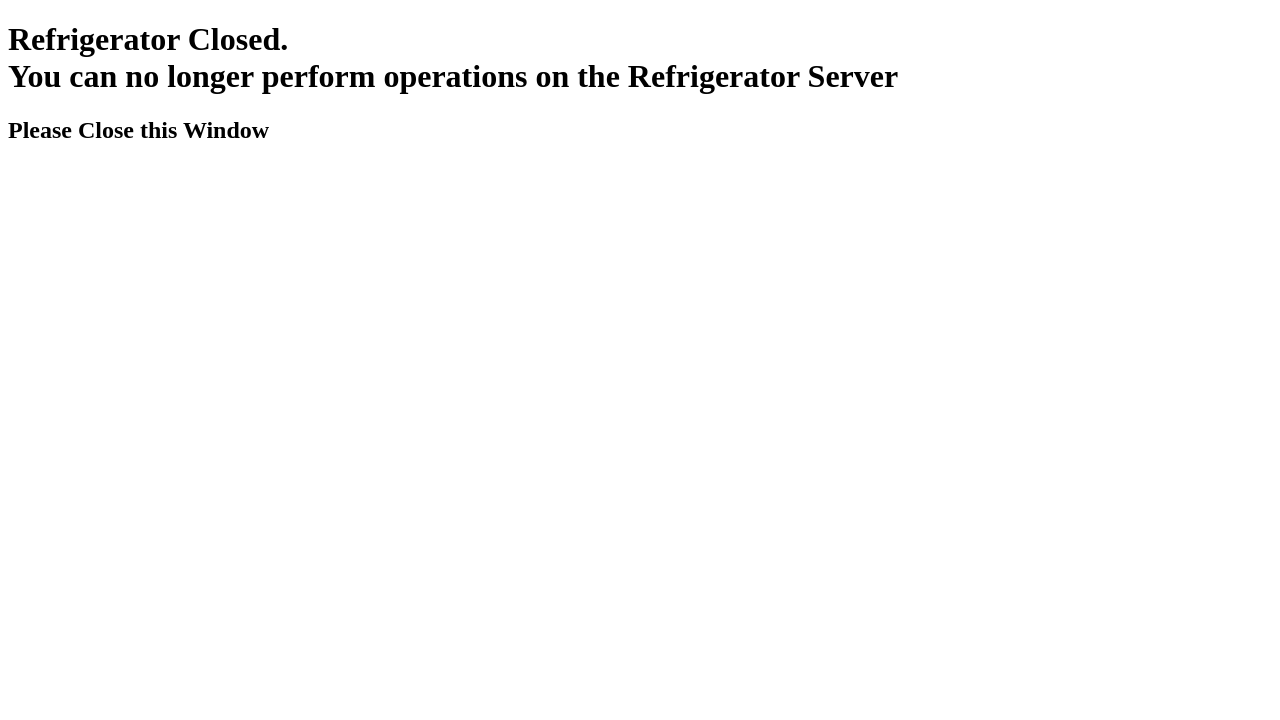
Repository: asmithatm/Smart_Refrigerator_A4_Major_Project
Page: RefrigeratorApplication/servletProgram/src/main/webapp/closeServer.html
An editor plug-in stored every save of this project. The page is shown before and after the next save, followed by the edit.
The browser window is 1280 px wide. The pictures show the whole page.

Above is the page before, as saved 2022-06-23 08:16:53.

### RefrigeratorApplication/servletProgram/src/main/webapp/closeServer.html
<!DOCTYPE html>
<html>
<head>
<meta charset="ISO-8859-1">
<title>Server Closed</title>
</head>
<body>
<h1>Refrigerator Closed.<br> You can no longer perform operations on the Refrigerator Server</h1>
<h2>Please Close this Window</h2>
</body>
</html>

### RefrigeratorApplication/servletProgram/src/main/webapp/displayAll.css
@import url('https://fonts.googleapis.com/css2?family=Open+Sans:wght@300;400&display=swap');

body{
    background-image: url('bg2.jpg');
    background-repeat: no-repeat;
    background-size: cover;
    font-family: 'Open Sans', sans-serif;
	text-align:center;
}
h1 {
	font-weight: 300;
	font-size: 60px;
	line-height: 1.2;
	margin-bottom: 15px;
}
.items {
	font-weight: 250;
    font-size: 40px;
	line-height: 1.2;
	margin-bottom: 15px;
}

After the next save:
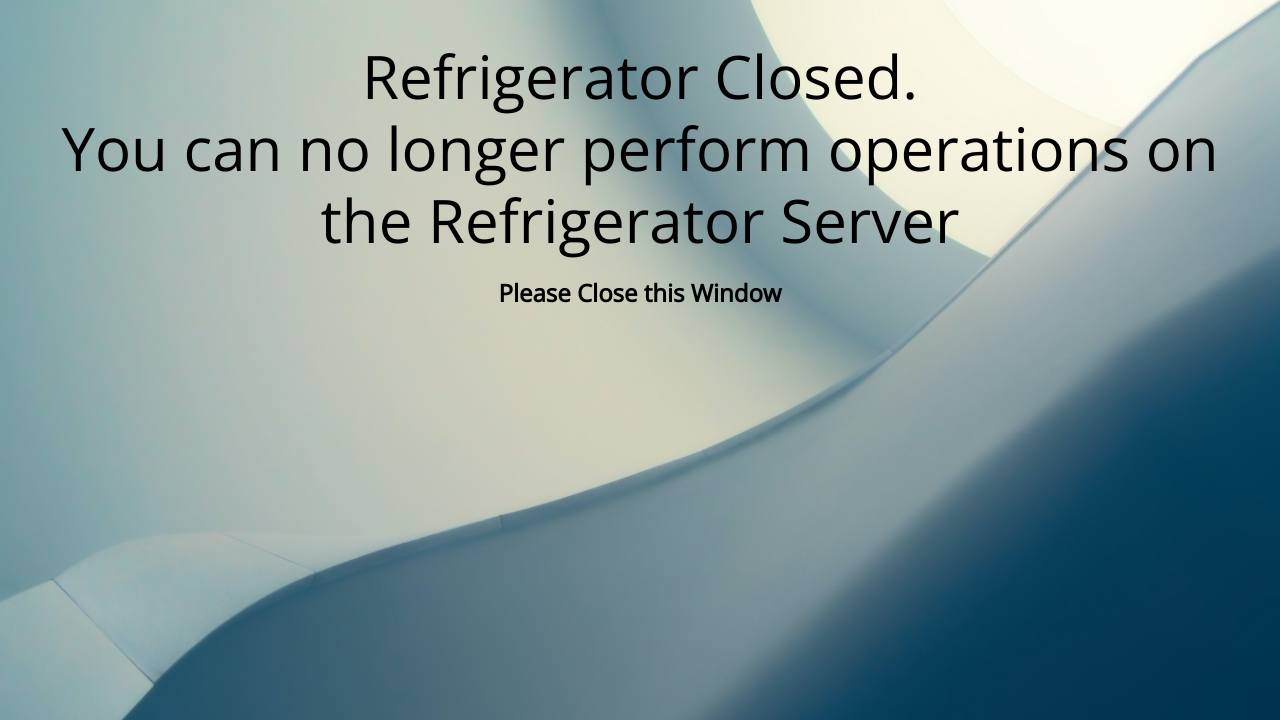
Saved 20 s later.
--- a/RefrigeratorApplication/servletProgram/src/main/webapp/closeServer.html
+++ b/RefrigeratorApplication/servletProgram/src/main/webapp/closeServer.html
@@ -3,6 +3,7 @@
 <head>
 <meta charset="ISO-8859-1">
 <title>Server Closed</title>
+<link rel="stylesheet" href="displayAll.css">
 </head>
 <body>
 <h1>Refrigerator Closed.<br> You can no longer perform operations on the Refrigerator Server</h1>
